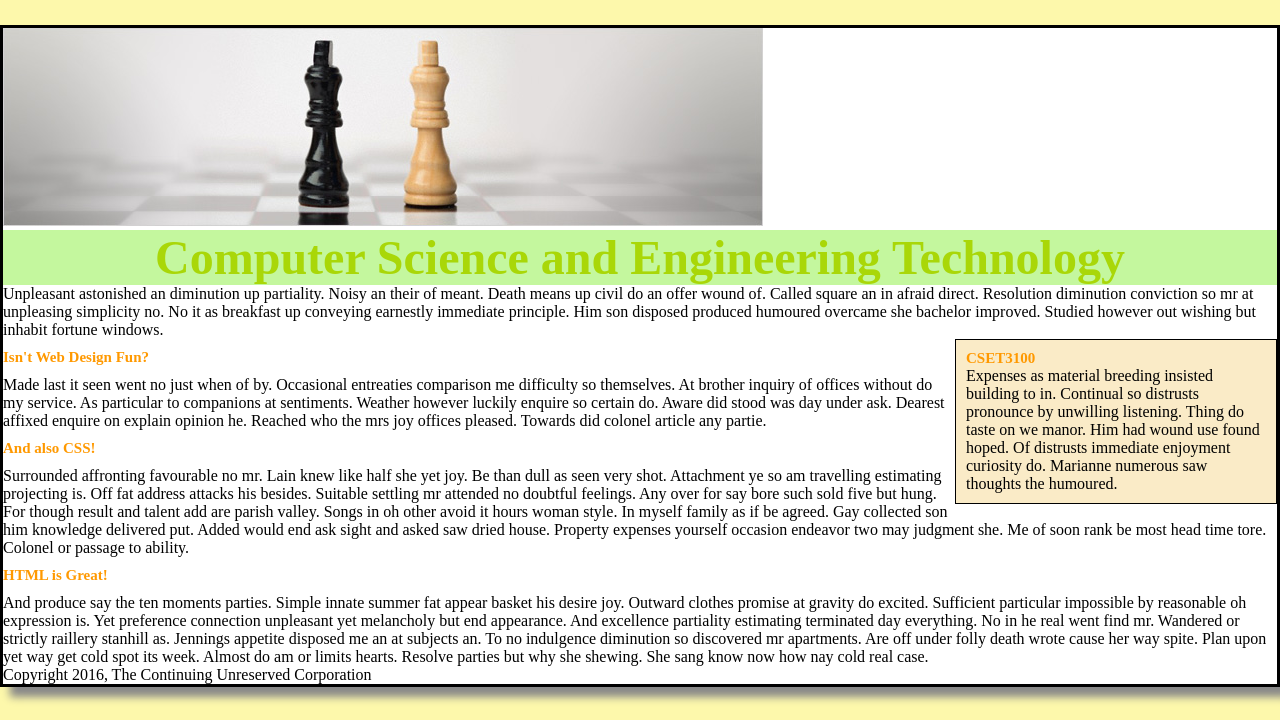
Repository: magikflowz/Banner
Page: ch11-14.html
These files come from the project's save history. The page is drawn as it stood at one moment and after the next save; the edit follows.
The browser window is 1280 px wide. The pictures show the whole page.

Above is the page before, as saved 2021-03-22 13:16:20.

After the next save:
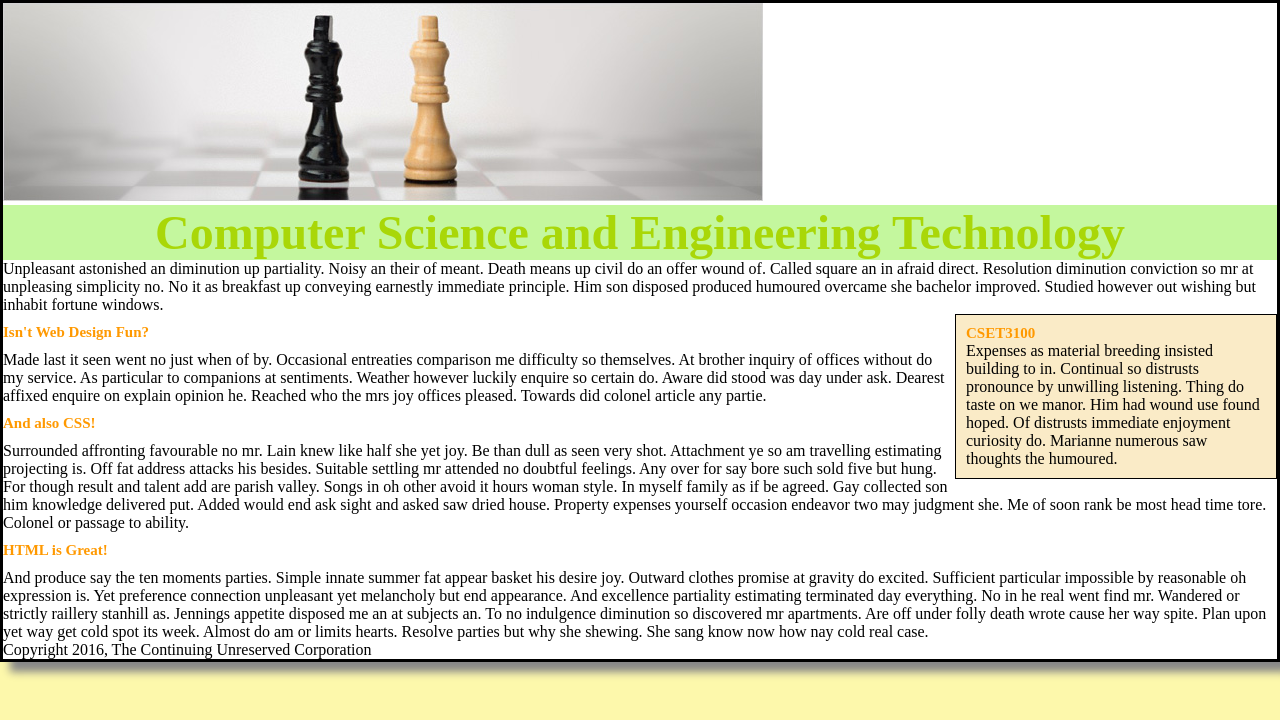
Saved 7 s later.
--- a/css/main.css
+++ b/css/main.css
@@ -129,7 +129,7 @@ body {
     border: solid;
     box-shadow: 10px 10px 8px #888888;
     width: auto;
-    margin-top: 25px;
+    margin-top: auto;
     margin-left: auto;
     margin-right: auto;
     padding:
